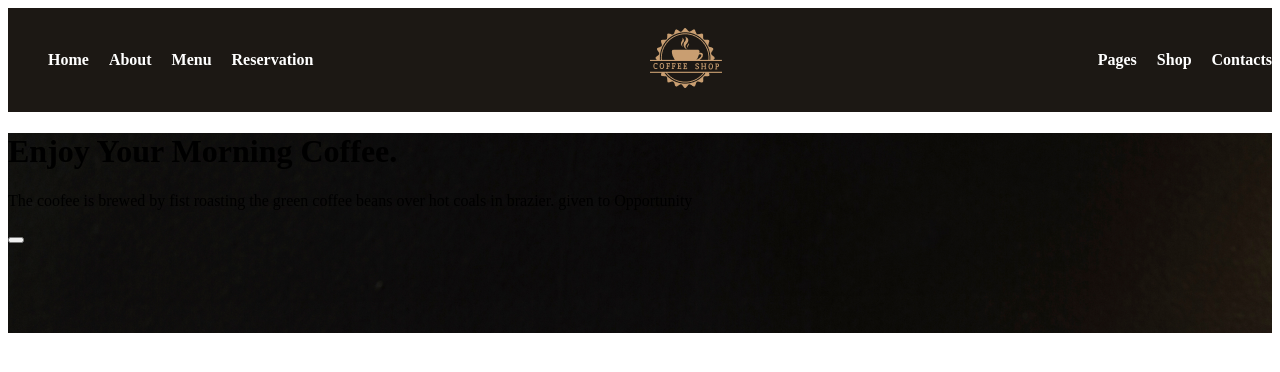
Repository: SitoraRashidova/CoffeShop_Figma
Page: /
These files come from the project's save history. The page is drawn as it stood at one moment and after the next save; the edit follows.
The browser window is 1280 px wide. The pictures show the whole page.
The project was rebuilt for these pictures with package versions that can differ from the ones it lists, and the page was loaded fresh each time. Also part of the build but not shown: vite.config.js.

Above is the page before, as saved 2024-11-24 22:54:02.

### src/index.css
/* :root {
  font-family: Inter, system-ui, Avenir, Helvetica, Arial, sans-serif;
  line-height: 1.5;
  font-weight: 400;

  color-scheme: light dark;
  color: rgba(255, 255, 255, 0.87);
  background-color: #242424;

  font-synthesis: none;
  text-rendering: optimizeLegibility;
  -webkit-font-smoothing: antialiased;
  -moz-osx-font-smoothing: grayscale;
} */

*{
  box-sizing: border-box;
}

.container {
  width: 100%;
  max-width: 1296px;
  margin: 0 auto;
}

/* Header uchun style */

.header{
  background-color: #1C1814;
  padding: 20px 0;
}

.header-wrapper{
  display: flex;
  align-items: center;
  justify-content: space-between;
}

.nav-list{
  display: flex;
  align-items: center;
  justify-content: space-between;
  gap: 20px;
}

.nav-list__item{
  list-style: none;
}

.nav-list__item-link{
  color: white;
  text-decoration: none;
  font-weight: 600;
}

/* Hero uchun style */

.hero{
  width: 100%;
  height: 200px;
  background-image: url('./assets/hero-logo.png');
}

### src/App.jsx
import './App.css'
import Header from './components/header'
import Hero from './components/hero'

function App() {

  return (
    <>
     <Header />
     <Hero />
    </>
  )
}

export default App

### src/App.css
*{
  box-sizing: border-box;
}

/* Header uchun style */

.container {
  width: 100%;
  max-width: 1296px;
  margin: 0 auto;
}

### src/components/header.jsx
import Logo from "../assets/Logo.png";

const Header = () => {
  return (
    <header className="header">
      <div className="container">
        <div className="header-wrapper">
          <nav>
            <ul className="nav-list">
              <li className="nav-list__item">
                <a className="nav-list__item-link" href="/home">
                  Home
                </a>
              </li>
              <li className="nav-list__item">
                <a className="nav-list__item-link" href="/about">
                  About
                </a>
              </li>
              <li className="nav-list__item">
                <a className="nav-list__item-link" href="/menu">
                  Menu
                </a>
              </li>
              <li className="nav-list__item">
                <a className="nav-list__item-link" href="/Reservation">
                  Reservation
                </a>
              </li>
            </ul>
          </nav>
          <div>
            <img src={Logo} alt="web site logo" />
          </div>
          <nav>
            <ul className="nav-list">
              <li className="nav-list__item">
                <a className="nav-list__item-link" href="/home">
                  Pages
                </a>
              </li>
              <li className="nav-list__item">
                <a className="nav-list__item-link" href="/about">
                  Shop
                </a>
              </li>
              <li className="nav-list__item">
                <a className="nav-list__item-link" href="/menu">
                  Contacts
                </a>
              </li>
            </ul>
          </nav>
        </div>
      </div>
    </header>
  );
};

export default Header;

### src/components/hero.jsx


const Hero = () => {
  return (
    <div className="hero">
        <div className="container">
           <div>
            <h1>Enjoy Your
            Morning Coffee.</h1>
            <p>The coofee is brewed by fist roasting the green coffee beans over hot coals in brazier. given to Opportunity</p>
            <button></button>
           </div>
        </div>
    </div>
  )
}

export default Hero

Loaded but not shown: index.html (common file); src/main.jsx (common file)

After the next save:
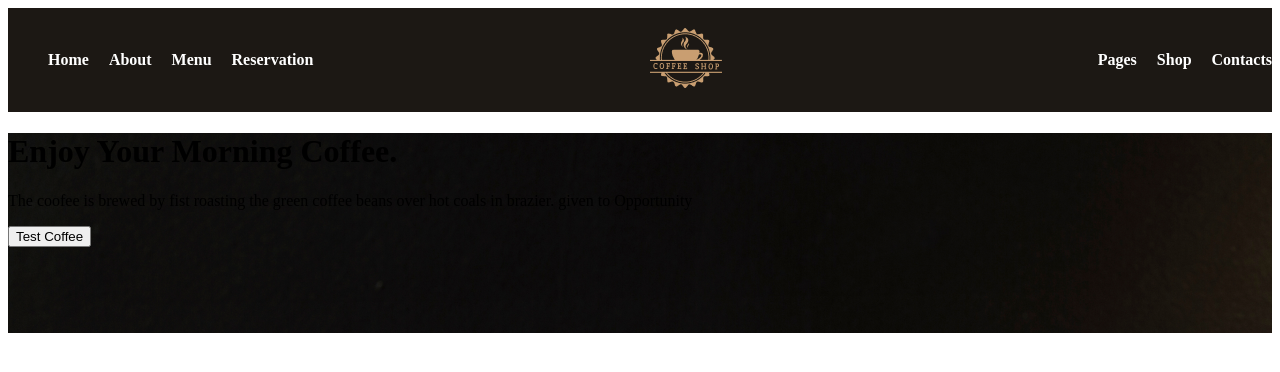
Saved 6 s later.
--- a/src/components/hero.jsx
+++ b/src/components/hero.jsx
@@ -8,7 +8,7 @@
             <h1>Enjoy Your
             Morning Coffee.</h1>
             <p>The coofee is brewed by fist roasting the green coffee beans over hot coals in brazier. given to Opportunity</p>
-            <button></button>
+            <button>Test Coffee</button>
            </div>
         </div>
     </div>
